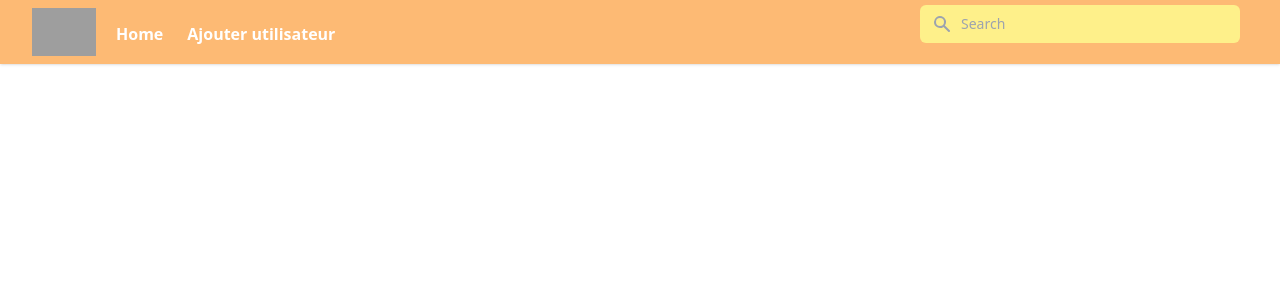
Repository: Marcos-MEDENOU/eclipse-workspace
Page: http://localhost/user_managment/
An editor plug-in stored every save of this project. The page is shown before and after the next save, followed by the edit.
The browser window is 1280 px wide. The pictures show the whole page.
Pictures or frames that could not be fetched are drawn as grey boxes. Some web libraries are served in a nearby version. The page is served by Tomcat 9. Other server files are loaded and not shown.

Above is the page before, as saved 2023-03-22 15:33:34.

### user_managment/src/main/webapp/index.jsp
<html>
<body>
<script src="//unpkg.com/alpinejs" defer></script>
<nav
class="z-0 relative"
x-data="{open:false,menu:false, lokasi:false}">
  <div class="relative z-10 bg-orange-300 shadow">
    <div class="max-w-7xl mx-auto px-2 sm:px-4 lg:px-8">
      <div class="relative flex items-center justify-between h-16">
        <div class="flex items-center px-2 lg:px-0">
          <a class="flex-shrink-0" href="#">
            <img class="block lg:hidden h-12 w-16" src="https://imlovefood.com/wp-content/themes/mypanganthema/img/logo_small.png" alt="Logo">
            <img class="hidden lg:block h-12 w-auto" src="https://imlovefood.com/wp-content/themes/mypanganthema/img/logo_small_gray.png" alt="Logo">
          </a>
          <div class="hidden lg:block lg:ml-2">
            <div class="flex">
             <a href="#" class="mt-1 block px-3 py-2 rounded-md text-white font-semibold font-medium hover:bg-yellow-500 focus:outline-none focus:text-white focus:bg-gray-700 transition duration-150 ease-in-out">Home </a>
        <a href="#" class="mt-1 block px-3 py-2 rounded-md text-white font-semibold font-medium hover:bg-yellow-500 focus:outline-none focus:text-white focus:bg-gray-700 transition duration-150 ease-in-out">Ajouter utilisateur </a>

            </div>
          </div>
        </div>
        <div class="flex-1 flex justify-center px-2 lg:ml-6 lg:justify-end">
          <div class="max-w-lg w-full lg:max-w-xs">
            <label for="search" class="sr-only">Search </label>
            <form methode="get" action="#" class="relative z-50">
              <button type="submit" id="searchsubmit" class="absolute inset-y-0 left-0 pl-3 flex items-center pointer-events-none">
                <svg class="h-5 w-5 text-gray-400" fill="currentColor" viewBox="0 0 20 20">
                  <path fill-rule="evenodd" d="M8 4a4 4 0 100 8 4 4 0 000-8zM2 8a6 6 0 1110.89 3.476l4.817 4.817a1 1 0 01-1.414 1.414l-4.816-4.816A6 6 0 012 8z" clip-rule="evenodd"></path>
                </svg>
              </button>
              <input type="text" name="s" id="s" class="block w-full pl-10 pr-3 py-2 border border-transparent rounded-md leading-5 bg-yellow-200 text-gray-300 placeholder-gray-400 focus:outline-none focus:bg-white focus:text-gray-900 sm:text-sm transition duration-150 ease-in-out" placeholder="Search">
            </form>
          </div>
        </div>
        <div class="flex lg:hidden">
          <button @click="menu=!menu" class="inline-flex items-center justify-center p-2 rounded-md text-gray-400 hover:text-white hover:bg-gray-700 focus:outline-none focus:bg-gray-700 focus:text-white transition duration-150 ease-in-out" aria-label="Main menu" aria-expanded="false">
            <svg class="block h-6 w-6" xmlns="http://www.w3.org/2000/svg" fill="none" viewBox="0 0 24 24" stroke="currentColor">
              <path stroke-linecap="round" stroke-linejoin="round" stroke-width="2" d="M4 6h16M4 12h16M4 18h16"></path>
            </svg>
            <svg class="hidden h-6 w-6" xmlns="http://www.w3.org/2000/svg" fill="none" viewBox="0 0 24 24" stroke="currentColor">
              <path stroke-linecap="round" stroke-linejoin="round" stroke-width="2" d="M6 18L18 6M6 6l12 12"></path>
            </svg>
          </button>
        </div>
      </div>
    </div>
    <div x-show="menu" class="block md:hidden">
      <div class="px-2 pt-2 pb-3">
        <a href="#" class="mt-1 block px-3 py-2 rounded-md text-white font-semibold font-medium hover:bg-yellow-500 focus:outline-none focus:text-white focus:bg-gray-700 transition duration-150 ease-in-out">Home </a>
        <a href="#" class="mt-1 block px-3 py-2 rounded-md text-white font-semibold font-medium hover:bg-yellow-500 focus:outline-none focus:text-white focus:bg-gray-700 transition duration-150 ease-in-out">Ajouter utilisateur </a>
        <a href="#" class="mt-1 block px-3 py-2 rounded-md text-white font-semibold font-medium hover:bg-yellow-500 focus:outline-none focus:text-white focus:bg-gray-700 transition duration-150 ease-in-out"> </a>
        <a href="#" class="mt-1 block px-3 py-2 rounded-md text-white font-semibold font-medium hover:bg-yellow-500 focus:outline-none focus:text-white focus:bg-gray-700 transition duration-150 ease-in-out">Promo </a>
      </div>
    </div>
  </div>
</nav>
<script src="https://cdn.tailwindcss.com"></script>
</body>
</html>

After the next save:
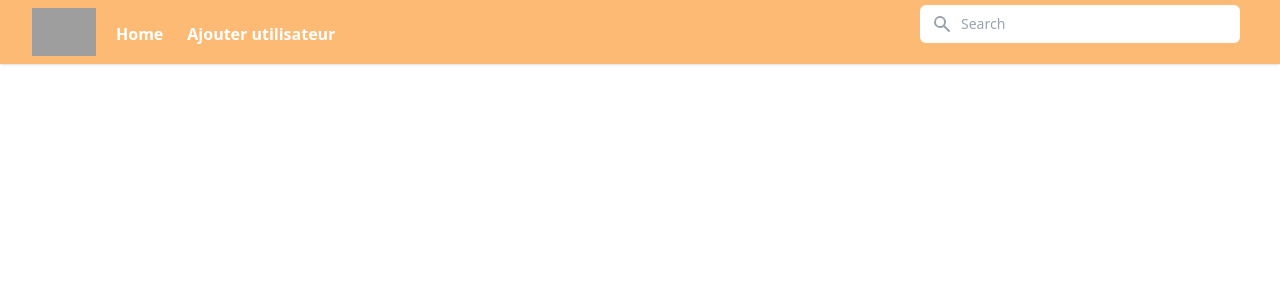
Saved 49 s later.
--- a/user_managment/src/main/webapp/index.jsp
+++ b/user_managment/src/main/webapp/index.jsp
@@ -29,7 +29,7 @@ x-data="{open:false,menu:false, lokasi:false}">
                   <path fill-rule="evenodd" d="M8 4a4 4 0 100 8 4 4 0 000-8zM2 8a6 6 0 1110.89 3.476l4.817 4.817a1 1 0 01-1.414 1.414l-4.816-4.816A6 6 0 012 8z" clip-rule="evenodd"></path>
                 </svg>
               </button>
-              <input type="text" name="s" id="s" class="block w-full pl-10 pr-3 py-2 border border-transparent rounded-md leading-5 bg-yellow-200 text-gray-300 placeholder-gray-400 focus:outline-none focus:bg-white focus:text-gray-900 sm:text-sm transition duration-150 ease-in-out" placeholder="Search">
+              <input type="text" name="s" id="s" class="block w-full pl-10 pr-3 py-2 border border-transparent rounded-md leading-5 bg-black-200 text-gray-300 placeholder-gray-400 focus:outline-none focus:bg-white focus:text-gray-900 sm:text-sm transition duration-150 ease-in-out" placeholder="Search">
             </form>
           </div>
         </div>
